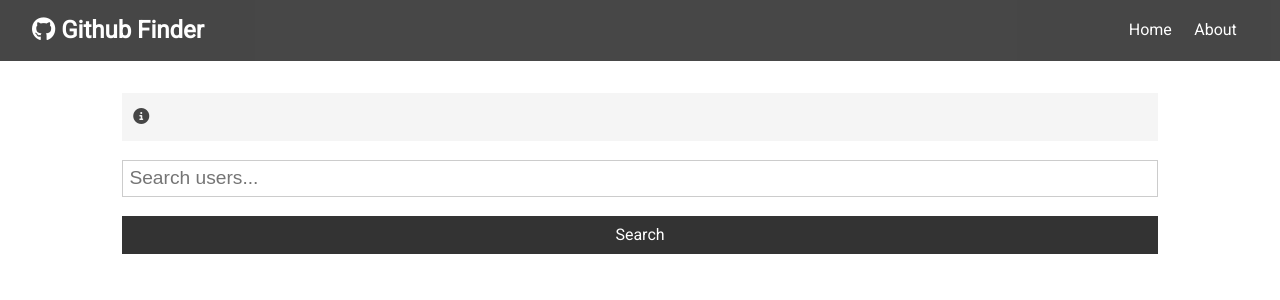
Repository: chinmayparab/github-finder
Page: /
The author's editor kept a copy of each file at every save. The page is drawn from the files as they stood at one save, then again after a run of saves.
The browser window is 1280 px wide. The pictures show the whole page.
Some web libraries are served in a nearby version. The project was rebuilt for these pictures with package versions that can differ from the ones it lists, and the page was loaded fresh each time. Also part of the build but not shown: src/components/users/UserItem.js, src/components/layout/Spinner.js, src/components/pages/About.js. Imported but missing from the stored project, and not drawn on this page: src/components/users/User.

Above is the page before, as saved 2020-06-28 23:03:51.

After the next 3 saves:
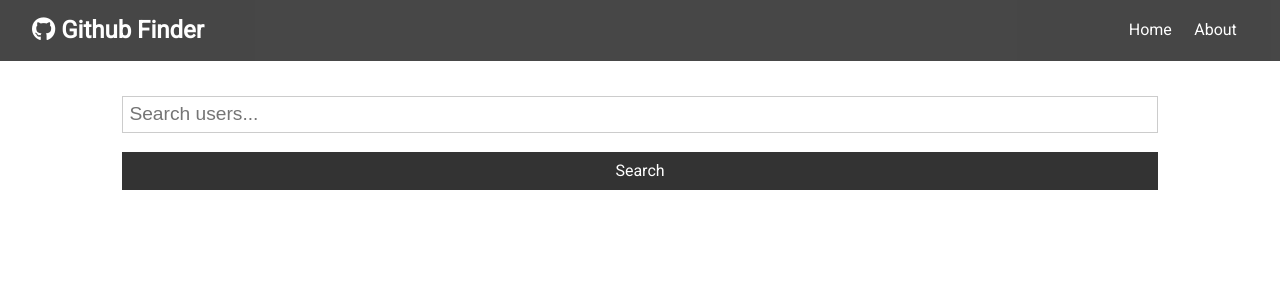
The 3 saves are shown as one change because 2 did not build or start.
The last was saved 103 s later.
--- a/src/components/layout/Alert.js
+++ b/src/components/layout/Alert.js
@@ -1,7 +1,11 @@
-import React from "react";
+import React, { useContext } from "react";
 import AlertContext from "../../context/alert/alertContext";
 
 const Alert = () => {
+  const alertContext = useContext(AlertContext);
+
+  const { alert } = alertContext;
+
   return (
     alert !== null && (
       <div className={`alert alert-${alert.type}`}>
